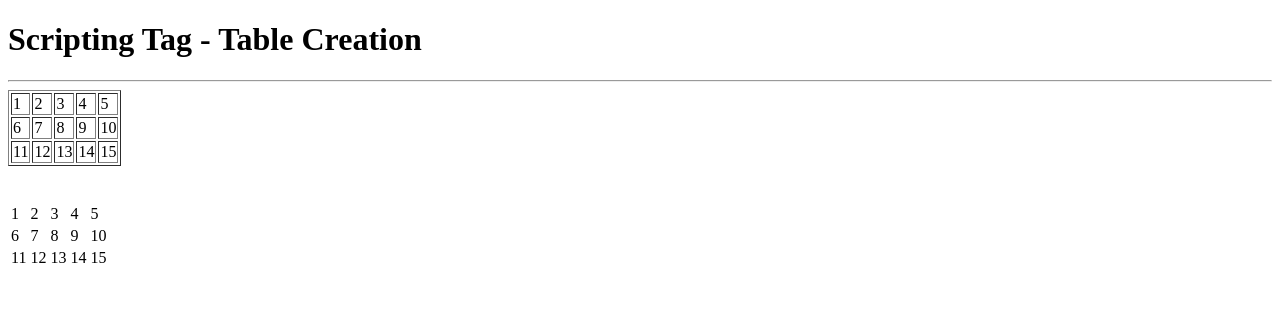
Repository: an-sehyeon/web_inworld
Page: http://localhost/web/04_script_test.jsp
The author's editor kept a copy of each file at every save. The page is drawn from the files as they stood at one save, then again after the next save.
The browser window is 1280 px wide. The pictures show the whole page.
The page is served by Tomcat 10.

Above is the page before, as saved 2024-12-14 12:57:50.

After the next save:
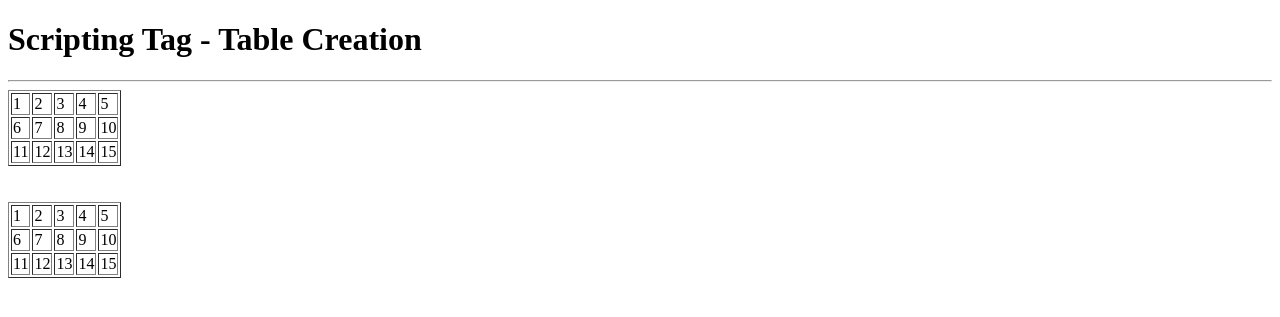
Saved 68 s later.
--- a/web_inwolrd/04_Servlet/dev/web/src/main/webapp/04_script_test.jsp
+++ b/web_inwolrd/04_Servlet/dev/web/src/main/webapp/04_script_test.jsp
@@ -18,7 +18,7 @@
 	<br><br>
 
 	<!-- Using JSP -->
-	<table boder="1">
+	<table border="1">
 	<%
 		for(int i = 0; i<3; i++){
 	%>
